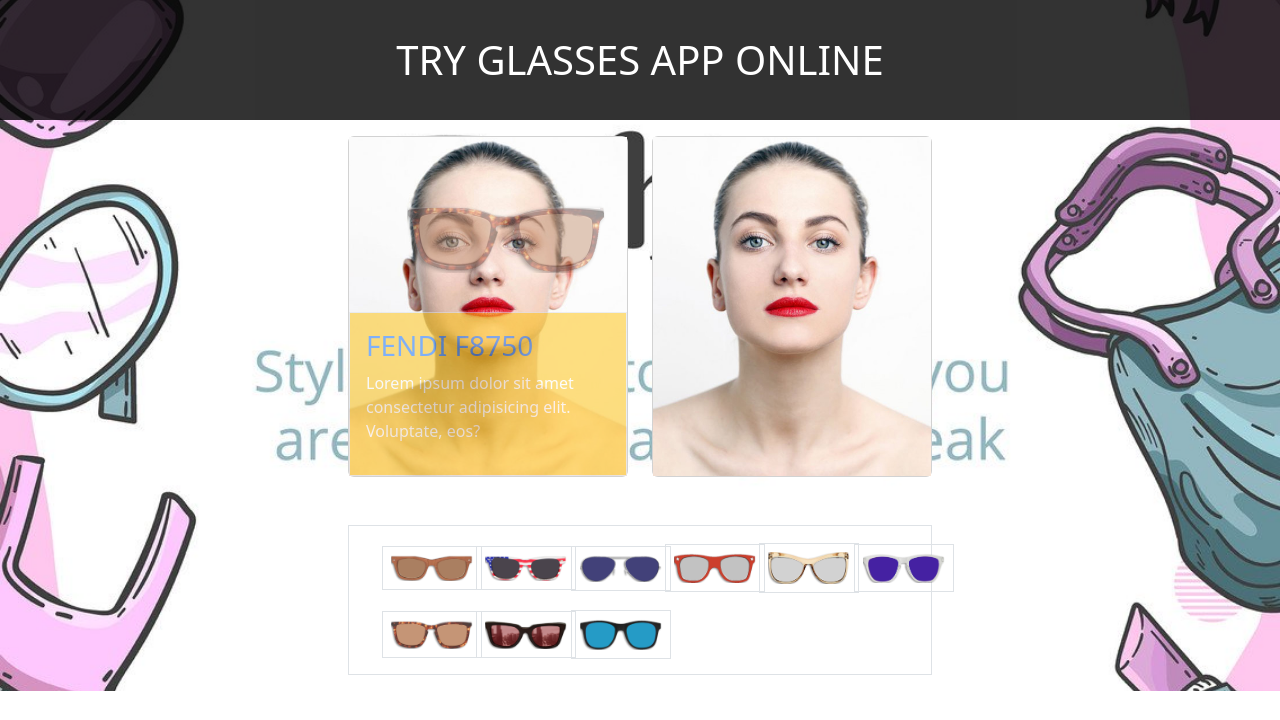
Repository: akira17518/React_JS_Glasses
Page: /
The author's editor kept a copy of each file at every save. The page is drawn from the files as they stood at one save, then again after the next save.
The browser window is 1280 px wide. The pictures show the whole page.
The project was rebuilt for these pictures with package versions that can differ from the ones it lists, and the page was loaded fresh each time.

Above is the page before, as saved 2023-05-10 11:04:57.

### public/index.html
<!DOCTYPE html>
<html lang="en">

<head>
  <meta charset="utf-8" />
  <link rel="icon" href="%PUBLIC_URL%/favicon.ico" />
  <meta name="viewport" content="width=device-width, initial-scale=1" />
  <meta name="theme-color" content="#000000" />
  <meta name="description" content="Web site created using create-react-app" />
  <link rel="apple-touch-icon" href="%PUBLIC_URL%/logo192.png" />
  <!--
      manifest.json provides metadata used when your web app is installed on a
      user's mobile device or desktop. See https://developers.google.com/web/fundamentals/web-app-manifest/
    -->
  <link rel="manifest" href="%PUBLIC_URL%/manifest.json" />
  <link href="https://cdn.jsdelivr.net/npm/bootstrap@5.3.0-alpha3/dist/css/bootstrap.min.css" rel="stylesheet"
    integrity="sha384-KK94CHFLLe+nY2dmCWGMq91rCGa5gtU4mk92HdvYe+M/SXH301p5ILy+dN9+nJOZ" crossorigin="anonymous">
  <!--
      Notice the use of %PUBLIC_URL% in the tags above.
      It will be replaced with the URL of the `public` folder during the build.
      Only files inside the `public` folder can be referenced from the HTML.

      Unlike "/favicon.ico" or "favicon.ico", "%PUBLIC_URL%/favicon.ico" will
      work correctly both with client-side routing and a non-root public URL.
      Learn how to configure a non-root public URL by running `npm run build`.
    -->
  <title>React App</title>
</head>

<body class="">
  <noscript>You need to enable JavaScript to run this app.</noscript>
  <div id="root"></div>
  <!--
      This HTML file is a template.
      If you open it directly in the browser, you will see an empty page.

      You can add webfonts, meta tags, or analytics to this file.
      The build step will place the bundled scripts into the <body> tag.

      To begin the development, run `npm start` or `yarn start`.
      To create a production bundle, use `npm run build` or `yarn build`.
    -->
  <script src="https://cdn.jsdelivr.net/npm/bootstrap@5.3.0-alpha3/dist/js/bootstrap.bundle.min.js"
    integrity="sha384-ENjdO4Dr2bkBIFxQpeoTz1HIcje39Wm4jDKdf19U8gI4ddQ3GYNS7NTKfAdVQSZe"
    crossorigin="anonymous"></script>
</body>

</html>

### src/index.js
import React from 'react';
import ReactDOM from 'react-dom/client';
import App from './App';

const root = ReactDOM.createRoot(document.getElementById('root'));
root.render(
    <App></App>
);

### src/App.js
import React, { Component } from 'react'
import BaiTapSetState from './BTsetState/BaiTapSetState'
import appCSS from './assets/app.module.css'
export default class App extends Component {
    render() {
        return (
            <div className={`${appCSS.app}`}>
                <BaiTapSetState></BaiTapSetState>
            </div>
        )
    }
}

### src/BTsetState/BaiTapSetState.jsx
import React, { Component } from 'react'
import HeaderComponent from './HeaderComponent'
import Content from './Content'
export default class extends Component {
  render() {
    return (
      <div >
        <div>
          <HeaderComponent></HeaderComponent>
        </div>
        <div className='w-50 m-auto fs-1 text-center p-3'>
          <Content></Content>
        </div>
      </div>
    )
  }
}

### src/assets/app.module.css
.app {
    background:  url(../../public/glassesImage/background.jpg);
    background-position: center;
    background-repeat: no-repeat;
    background-size: cover;
}

### src/BTsetState/HeaderComponent.jsx
import React, { Component } from 'react'
import headerStyle from '../assets/header.module.css'
export default class HeaderComponent extends Component {
    render() {
        return (
            <div className={`${headerStyle.header}`}>TRY GLASSES APP ONLINE</div>
        )
    }
}

### src/BTsetState/Content.jsx
import React, { Component } from 'react'
import glassCSS from '../assets/glass.module.css'
export default class Content extends Component {
  glasses = [
    {
      "id": 1,
      "price": 30,
      "name": "GUCCI G8850U",
      "url": "./glassesImage/v1.png",
      "desc": "Light pink square lenses define these sunglasses, ending with amother of pearl effect tip. "
    },
    {
      "id": 2,
      "price": 50,
      "name": "GUCCI G8759H",
      "url": "./glassesImage/v2.png",
      "desc": "Light pink square lenses define these sunglasses, ending with amother of pearl effect tip. "
    },
    {
      "id": 3,
      "price": 30,
      "name": "DIOR D6700HQ",
      "url": "./glassesImage/v3.png",
      "desc": "Light pink square lenses define these sunglasses, ending with amother of pearl effect tip. "
    },
    {
      "id": 4,
      "price": 70,
      "name": "DIOR D6005U",
      "url": "./glassesImage/v4.png",
      "desc": "Light pink square lenses define these sunglasses, ending with amother of pearl effect tip. "
    },
    {
      "id": 5,
      "price": 40,
      "name": "PRADA P8750",
      "url": "./glassesImage/v5.png",
      "desc": "Light pink square lenses define these sunglasses, ending with amother of pearl effect tip. "
    },
    {
      "id": 6,
      "price": 60,
      "name": "PRADA P9700",
      "url": "./glassesImage/v6.png",
      "desc": "Light pink square lenses define these sunglasses, ending with amother of pearl effect tip. "
    },
    {
      "id": 7,
      "price": 80,
      "name": "FENDI F8750",
      "url": "./glassesImage/v7.png",
      "desc": "Light pink square lenses define these sunglasses, ending with amother of pearl effect tip. "
    },
    {
      "id": 8,
      "price": 100,
      "name": "FENDI F8500",
      "url": "./glassesImage/v8.png",
      "desc": "Light pink square lenses define these sunglasses, ending with amother of pearl effect tip. "
    },
    {
      "id": 9,
      "price": 60,
      "name": "FENDI F4300",
      "url": "./glassesImage/v9.png",
      "desc": "Light pink square lenses define these sunglasses, ending with amother of pearl effect tip. "
    }
  ]
  state = {
    img: ''
  }
  renderModelRight = () => {
    return <div className='card-right card position relative'>
      <img src={this.state.img} alt="" className={`${glassCSS.glass}`} width={200} />
      <img src="./glassesImage/model.jpg" alt="" />
    </div>
  }
  renderGlass = () => {
    let outputGlass = this.glasses.map(glass => {
      return <div className="col-2">
        <button className='btn btn-white' key={glass.id} onClick={() => {
          this.setState({
            img: `${glass.url}`
          })
        }}>
          <img src={glass.url} className='border p-2' alt="" width={100} />
        </button>

      </div>
    })
    return outputGlass
  }

  render() {
    return (
      <div className='container'>
        <div className="top-model">
          <div className="row">
            <div className="col-6">
              <div className='card-left card position relative'>
                <img src="./glassesImage/v7.png" alt="" className={`${glassCSS.glass}`} width={200} />
                <img src="./glassesImage/model.jpg" alt="" />
                <div className="card-body fs-6 text-start position-absolute bottom-0 end-0 start-0 opacity-50 bg-warning border">
                  <h3 className='text-primary'>FENDI F8750</h3>
                  <p className='text-white'>Lorem ipsum dolor sit amet consectetur adipisicing elit. Voluptate, eos?</p>
                </div>
              </div>
            </div>
            <div className="col-6">
              {this.renderModelRight()}
            </div>
          </div>
        </div>
        <div className="bot-model p-2 border mt-5">
          <div className="container">
            <div className="row">
              {this.renderGlass()}
            </div>
          </div>
        </div>
      </div>
    )
  }
}

### src/assets/header.module.css
.header {
    background-color: black;
    opacity: 0.8;
    color: #fff;
    text-align: center;
    font-size: 40px;
    padding: 30px;
}

### src/assets/glass.module.css
.glass {
    position: absolute;
    bottom: 60%;
    left: 21%;
    opacity: 0.5;
}

After the next save:
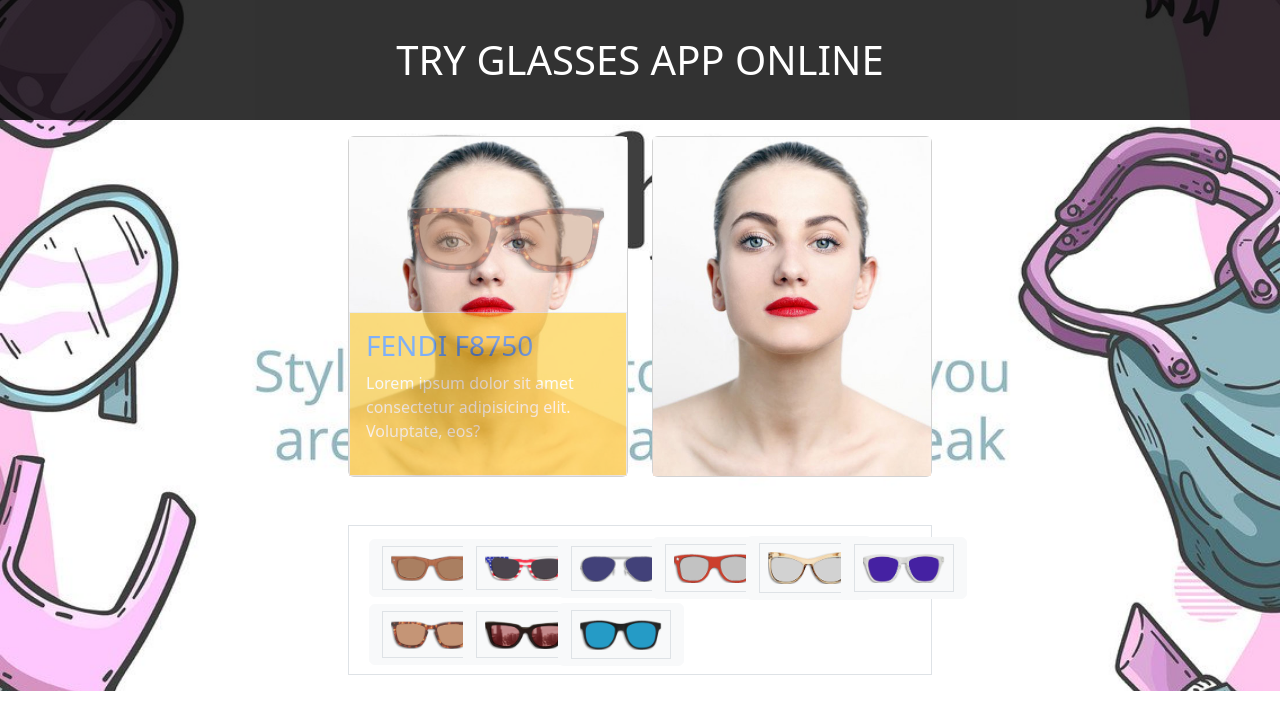
Saved 4 min 23 s later.
--- a/src/BTsetState/Content.jsx
+++ b/src/BTsetState/Content.jsx
@@ -78,7 +78,7 @@
   renderGlass = () => {
     let outputGlass = this.glasses.map(glass => {
       return <div className="col-2">
-        <button className='btn btn-white' key={glass.id} onClick={() => {
+        <button className='btn btn-light' key={glass.id} onClick={() => {
           this.setState({
             img: `${glass.url}`
           })

After the save that followed:
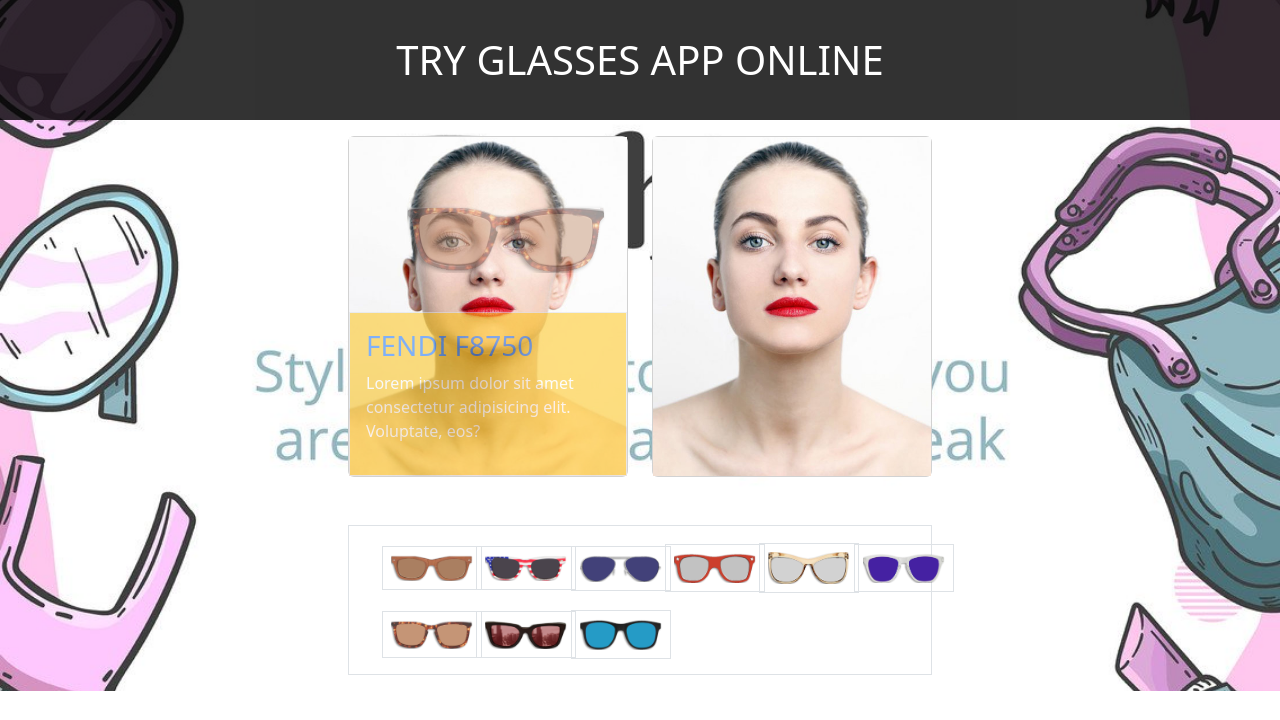
Saved 6 s later.
--- a/src/BTsetState/Content.jsx
+++ b/src/BTsetState/Content.jsx
@@ -78,7 +78,7 @@
   renderGlass = () => {
     let outputGlass = this.glasses.map(glass => {
       return <div className="col-2">
-        <button className='btn btn-light' key={glass.id} onClick={() => {
+        <button className='btn btn-white' key={glass.id} onClick={() => {
           this.setState({
             img: `${glass.url}`
           })
